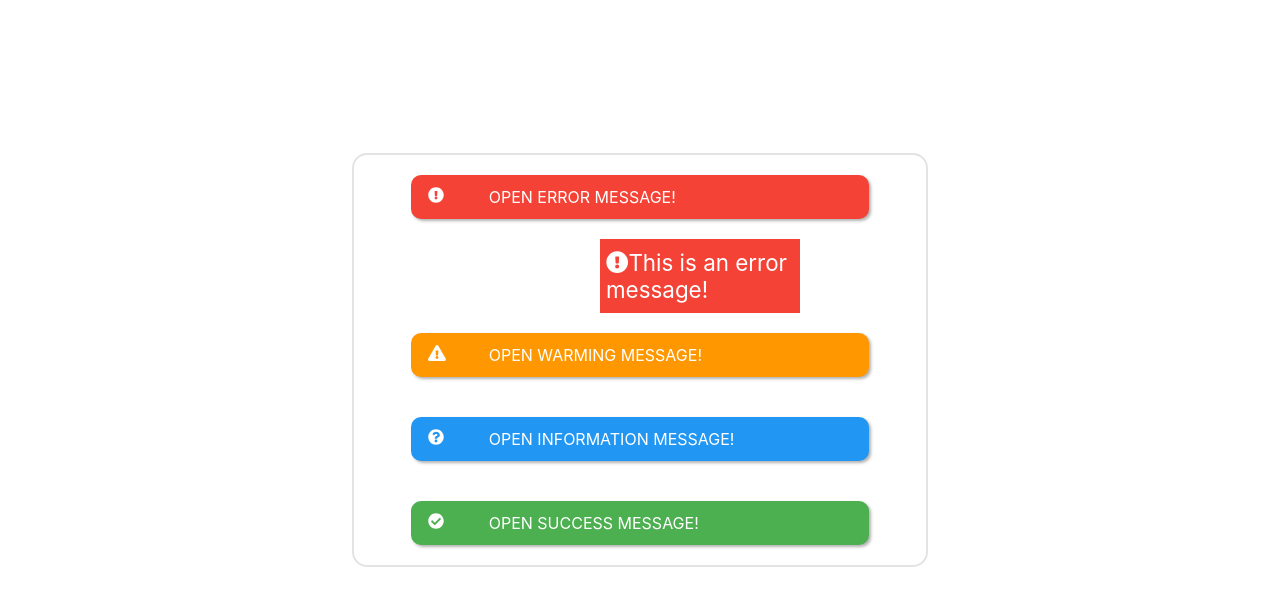
Repository: KrzysKolo/sr_tydzien5_zad2
Page: /, after clicking the first element matching `div.btn`
The author's editor kept a copy of each file at every save. The page is drawn from the files as they stood at one save, then again after the next save.
The browser window is 1280 px wide. The pictures show the whole page.
The project was rebuilt for these pictures with package versions that can differ from the ones it lists, and the page was loaded fresh each time.

Above is the page before, as saved 2020-12-28 04:08:51.

After the next save:
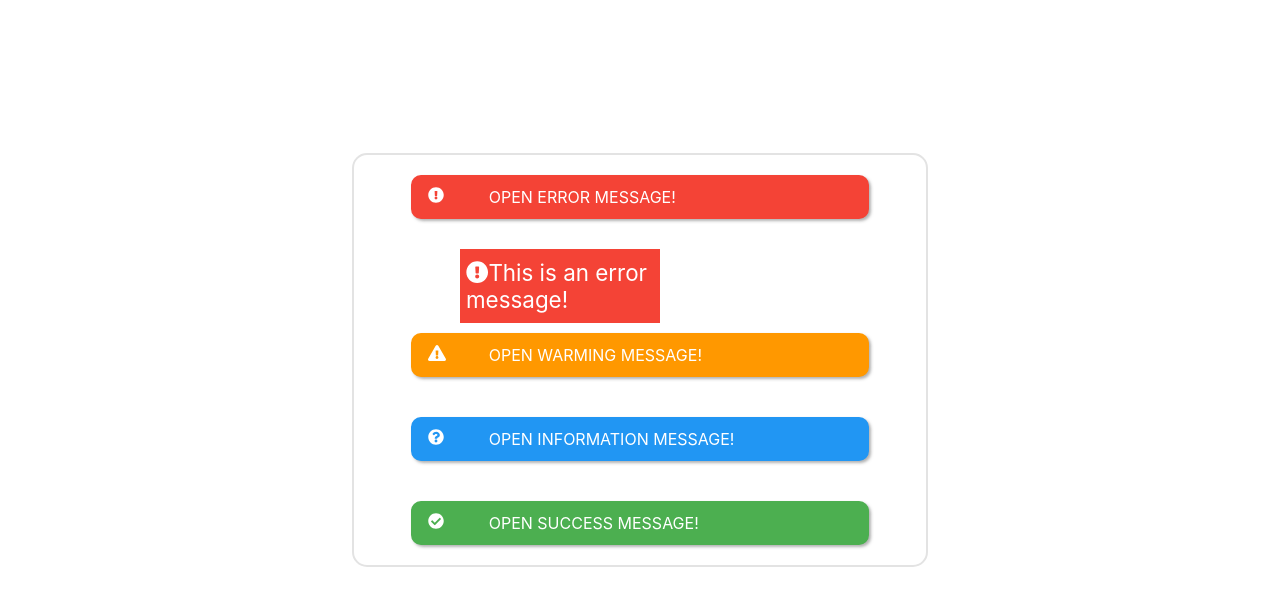
Saved 51 s later.
--- a/src/App.css
+++ b/src/App.css
@@ -59,6 +59,6 @@ body {
 }
 .top-right {
   position: relative;
-  top: -60%;
-  right: -60px;
+  top: 10px;
+  right: 80px;
 }
